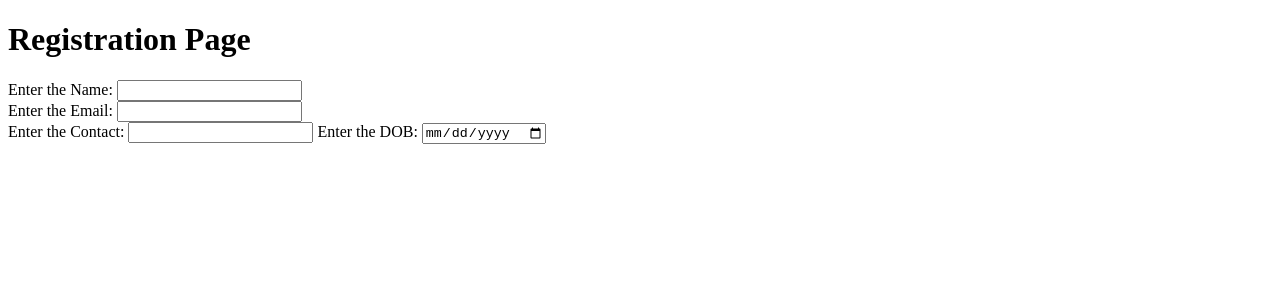
Repository: Pradeep4802/utopiatech
Page: eclipse-workspace/OwnServlet/src/main/webapp/Home.html
The author's editor kept a copy of each file at every save. The page is drawn from the files as they stood at one save, then again after the next save.
The browser window is 1280 px wide. The pictures show the whole page.

Above is the page before, as saved 2023-10-09 08:54:19.

### eclipse-workspace/OwnServlet/src/main/webapp/Home.html
<!DOCTYPE html>
<html>
<head>
<meta charset="UTF-8">
<title>Form</title>
</head>
<body>
	<div>
		<h1>Registration Page</h1>
		<form action="" method="get">

			<label for="user_name">Enter the Name: <input type="text"
				name="user_name" /></label><br>
			<label for="user_email">Enter the Email: <input type="email"
				name="user_email" /></label><br>
			<label for="user_contact">Enter the Contact: <input type="number"
				name="user_contact" /></label>
			<label for="user_dob">Enter the DOB: <input type="date"
				name="user_contact" /></label>

		</form>
	</div>
</body>
</html>

After the next save:
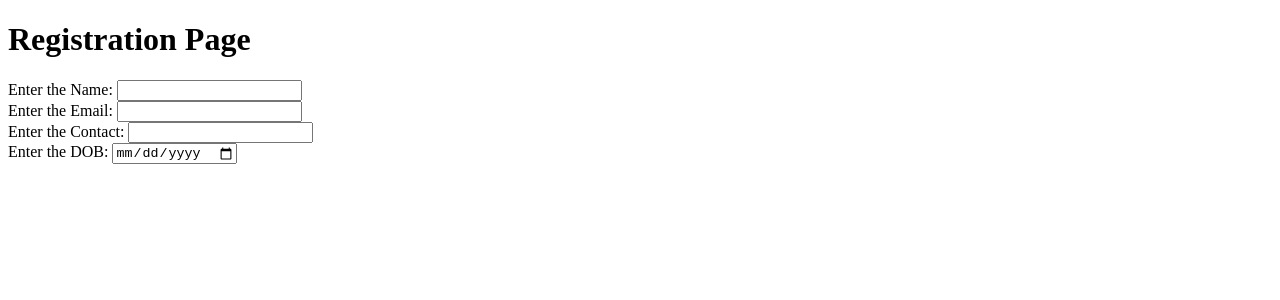
Saved 8 s later.
--- a/eclipse-workspace/OwnServlet/src/main/webapp/Home.html
+++ b/eclipse-workspace/OwnServlet/src/main/webapp/Home.html
@@ -14,7 +14,7 @@
 			<label for="user_email">Enter the Email: <input type="email"
 				name="user_email" /></label><br>
 			<label for="user_contact">Enter the Contact: <input type="number"
-				name="user_contact" /></label>
+				name="user_contact" /></label><br>
 			<label for="user_dob">Enter the DOB: <input type="date"
 				name="user_contact" /></label>
 
